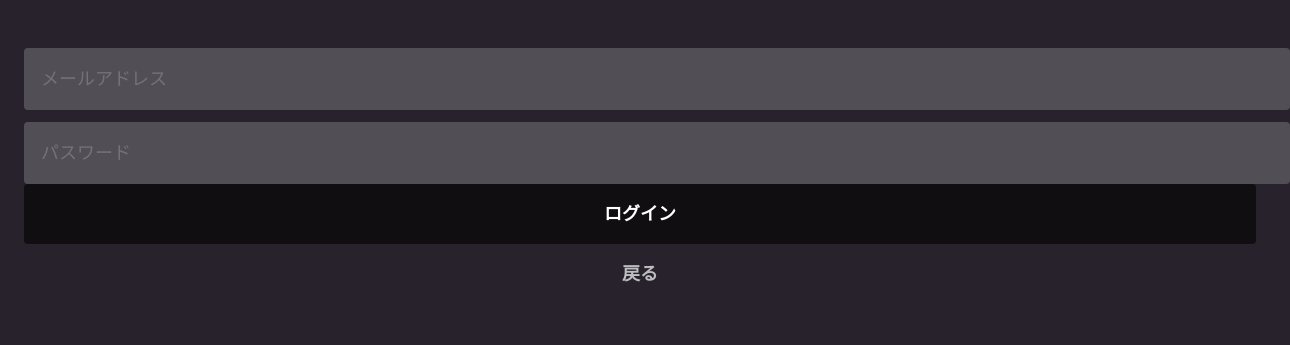
Repository: hirosyos/hanly
Page: /signin
These files come from the project's save history. The page is drawn as it stood at one moment and after the next save; the edit follows.
The browser window is 1280 px wide. The page is 1290 px wide, so the pictures cover 1290 px, including what lies to the right of the window. The pictures show the whole page.
The project was rebuilt for these pictures with package versions that can differ from the ones it lists, and the page was loaded fresh each time. The framework's server and built-in components were replaced by stand-ins that run in the browser. Also part of the build but not shown: nuxt.config.js, components/FriendItem.vue, components/Logo.vue, components/SignUpForm.vue, components/SimpleForm.vue.

Above is the page before, as saved 2020-08-18 12:15:14.

After the next save:
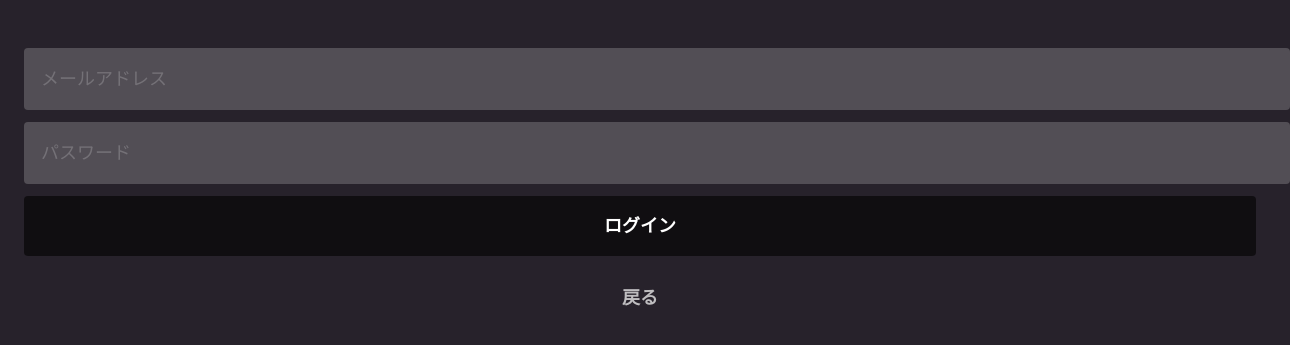
Saved 56 s later.
--- a/assets/css/foundation.scss
+++ b/assets/css/foundation.scss
@@ -8,3 +8,7 @@ body {
   background-color: #27222b;
   min-height: 100%;
 }
+
+.mts {
+  margin-top: 0.75rem;
+}
